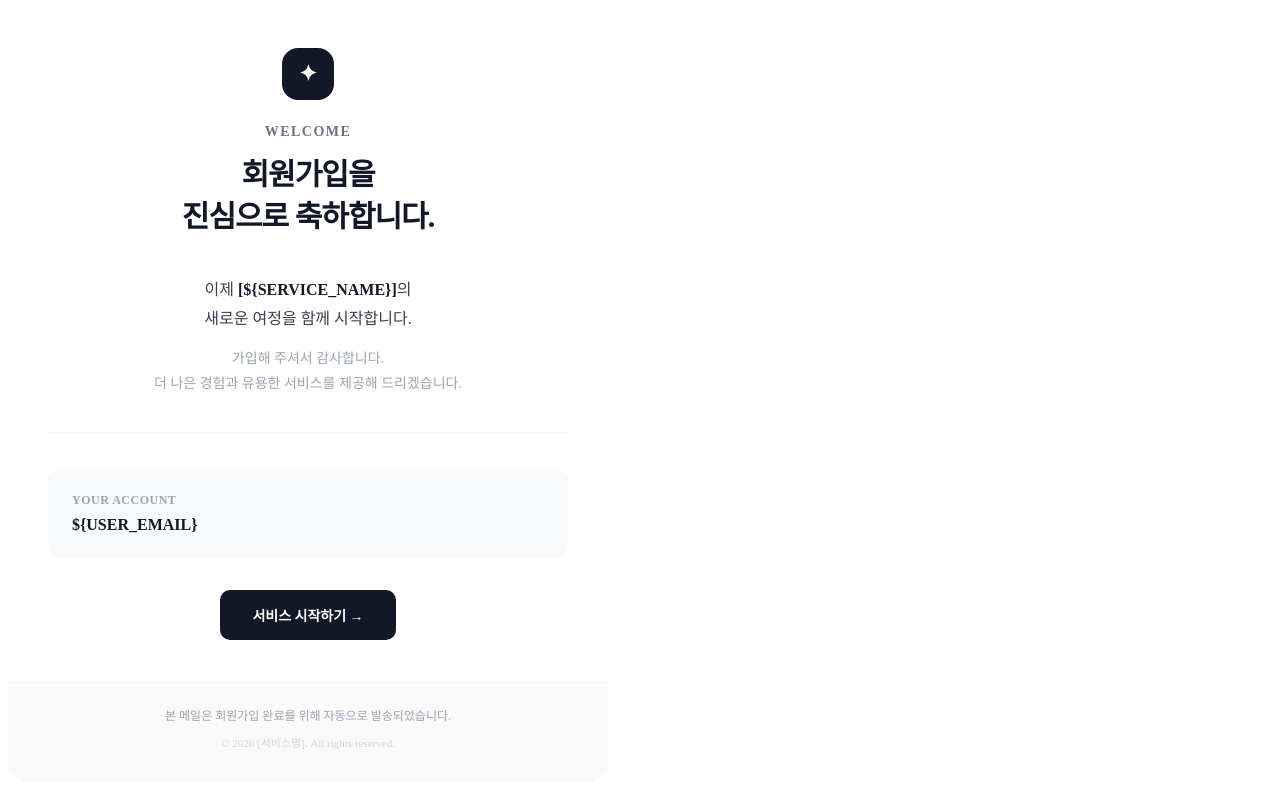
Repository: devlearncampus/gallery
Page: model1/src/main/webapp/admin/result.html
These files come from the project's save history. The page is drawn as it stood at one moment and after the next save; the edit follows.
The browser window is 1280 px wide. The pictures show the whole page.

Above is the page before, as saved 2026-09-23 04:25:27.

### model1/src/main/webapp/admin/result.html
<!DOCTYPE html>
<html>
<head>
<meta charset="UTF-8">
<title>Insert title here</title>
</head>
<body>
    <!-- Container -->
    <table width="100%" cellpadding="0" cellspacing="0" border="0"
      style="max-width:600px; background:#ffffff; border-radius:20px; overflow:hidden;">

      <!-- Header -->
      <tr>
        <td style="padding:40px 40px 28px; text-align:center;">

          <div style="
            display:inline-block;
            width:52px;
            height:52px;
            line-height:52px;
            border-radius:16px;
            background:#111827;
            color:#ffffff;
            font-size:22px;
            font-weight:700;
            margin-bottom:24px;
          ">
            ✦
          </div>

          <div style="
            font-size:14px;
            font-weight:700;
            letter-spacing:1.5px;
            color:#6b7280;
            margin-bottom:14px;
          ">
            WELCOME
          </div>

          <h1 style="
            margin:0;
            font-size:30px;
            line-height:1.4;
            font-weight:700;
            letter-spacing:-1px;
            color:#111827;
          ">
            회원가입을<br>
            진심으로 축하합니다.
          </h1>

        </td>
      </tr>

      <!-- Main Content -->
      <tr>
        <td style="padding:10px 40px 42px;">

          <p style="
            margin:0 0 12px;
            font-size:16px;
            line-height:1.8;
            color:#374151;
            text-align:center;
          ">
            이제 <strong style="color:#111827;">[${SERVICE_NAME}]</strong>의<br>
            새로운 여정을 함께 시작합니다.
          </p>

          <p style="
            margin:0;
            font-size:14px;
            line-height:1.8;
            color:#9ca3af;
            text-align:center;
          ">
            가입해 주셔서 감사합니다.<br>
            더 나은 경험과 유용한 서비스를 제공해 드리겠습니다.
          </p>

          <!-- Divider -->
          <div style="height:1px; background:#eef0f3; margin:36px 0;"></div>

          <!-- Welcome Box -->
          <div style="
            background:#f8fafc;
            border-radius:14px;
            padding:24px;
          ">

            <div style="
              font-size:12px;
              font-weight:700;
              color:#9ca3af;
              letter-spacing:.5px;
              margin-bottom:8px;
            ">
              YOUR ACCOUNT
            </div>

            <div style="
              font-size:16px;
              font-weight:600;
              color:#111827;
            ">
              ${USER_EMAIL}
            </div>

          </div>

          <!-- Button -->
          <div style="text-align:center; margin-top:32px;">

            <a href="{{SERVICE_URL}}"
              style="
                display:inline-block;
                padding:15px 32px;
                background:#111827;
                color:#ffffff;
                text-decoration:none;
                border-radius:10px;
                font-size:14px;
                font-weight:600;
              ">
              서비스 시작하기 →
            </a>

          </div>

        </td>
      </tr>

      <!-- Footer -->
      <tr>
        <td style="
          padding:24px 40px 32px;
          background:#fafafa;
          border-top:1px solid #f0f0f0;
          text-align:center;
        ">

          <p style="
            margin:0 0 8px;
            font-size:12px;
            line-height:1.6;
            color:#9ca3af;
          ">
            본 메일은 회원가입 완료를 위해 자동으로 발송되었습니다.
          </p>

          <p style="
            margin:0;
            font-size:11px;
            color:#d1d5db;
          ">
            © 2026 [서비스명]. All rights reserved.
          </p>

        </td>
      </tr>

    </table>

  </td>
</tr>

</body>
</html>

After the next save:
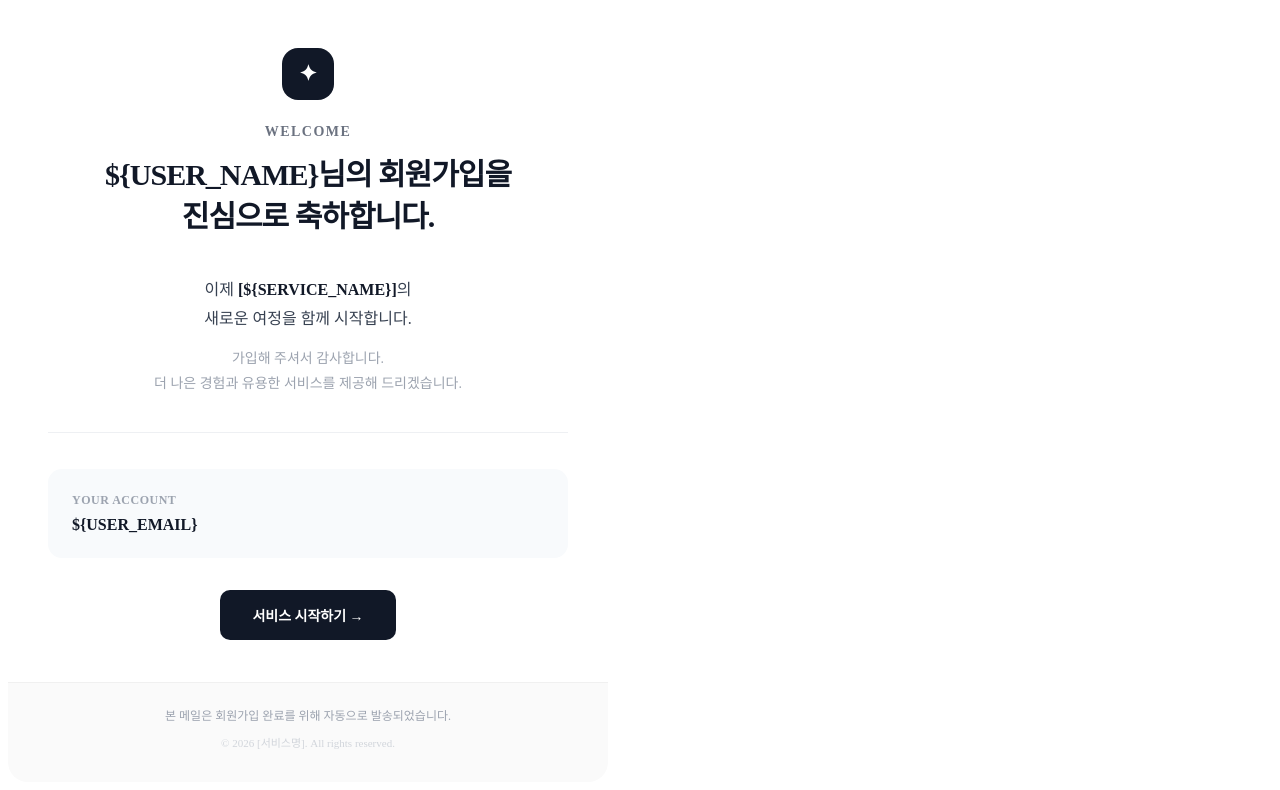
Saved 2 min 35 s later.
--- a/model1/src/main/webapp/admin/result.html
+++ b/model1/src/main/webapp/admin/result.html
@@ -46,7 +46,7 @@
             letter-spacing:-1px;
             color:#111827;
           ">
-            회원가입을<br>
+            ${USER_NAME}님의  회원가입을<br>
             진심으로 축하합니다.
           </h1>
 
